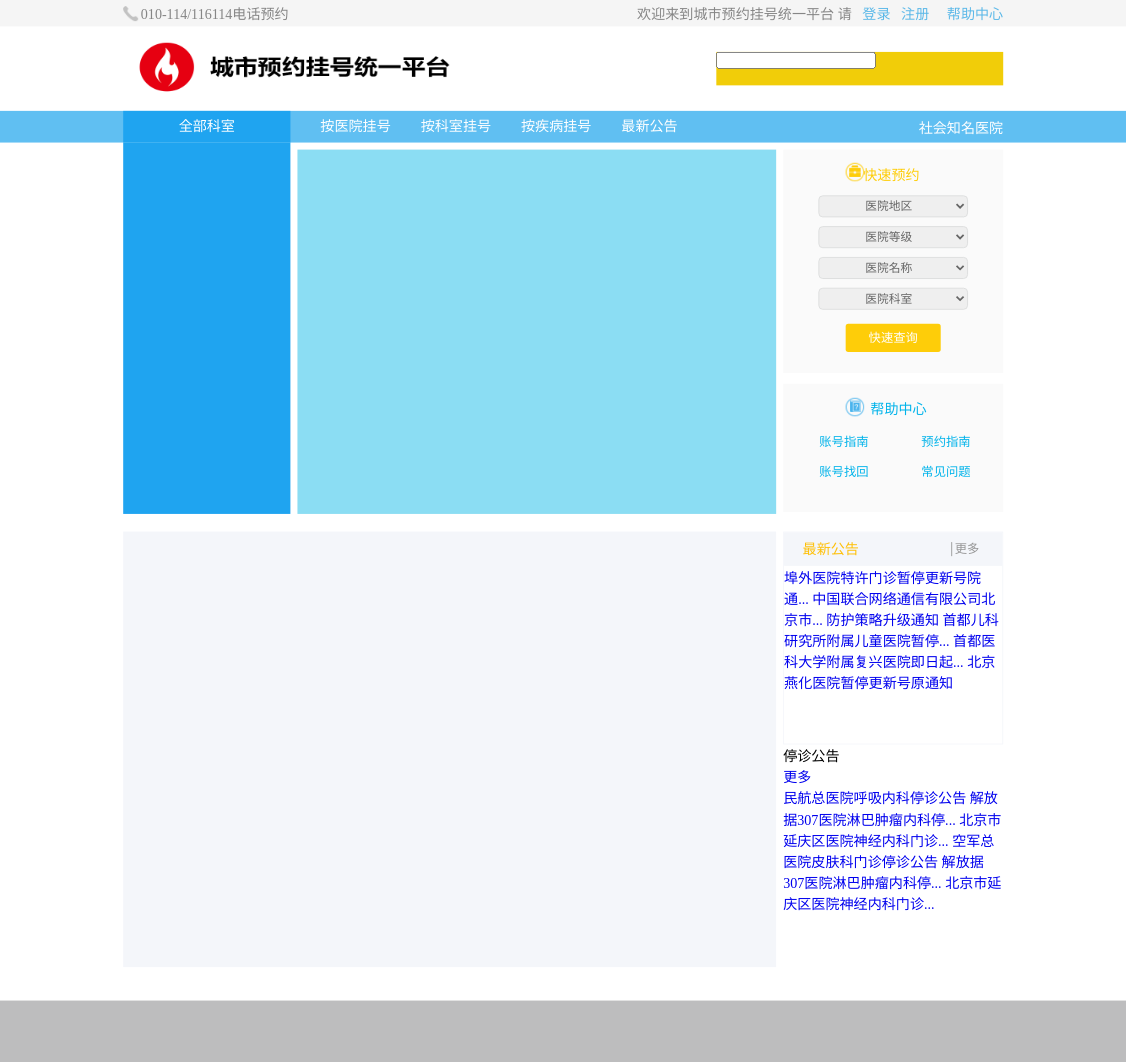
Repository: zhenzhen-gong/HospitalDemo
Page: index.html
These files come from the project's save history. The page is drawn as it stood at one moment and after the next save; the edit follows.
The browser window is 1280 px wide. The pictures show the whole page, at 88% of full size.

Above is the page before, as saved 2020-07-09 11:11:47.

### index.html
<!DOCTYPE html>
<html lang="en">

<head>
    <meta charset="UTF-8">
    <meta name="viewport" content="width=device-width, initial-scale=1.0">
    <title>城市医院预约平台</title>
    <link rel="stylesheet" href="css/style.css">
    <script src="js/script.js"></script>
</head>

<body>
    <div class="top">
        <div class="top-wrap">
            <div class="call">&nbsp;&nbsp;&nbsp;&nbsp;&nbsp;010-114/116114电话预约</div>
            <div class="welcom">
                欢迎来到城市预约挂号统一平台&nbsp;请&nbsp;&nbsp;
                <a href="#">登录</a>&nbsp;&nbsp;
                <a href="#">注册</a>&nbsp;&nbsp;&nbsp;&nbsp;
                <a href="#">帮助中心</a>
            </div>
        </div>
    </div>
    <div class="header">
        <div class="header-wrap">
            <div class="logo"><img src="./img/logo.png" alt="logo"></div>
            <div class="search">
                <span class="=tag"></span>
                <input type="text">
                <span ></span>
            </div>
        </div>
    </div>
    <div class="nav">
        <div class="nav-menu">
            <ul>
                <li>全部科室
                    <div class="menu-list"></div>
                </li>
                <li>按医院挂号</li>
                <li>按科室挂号</li>
                <li>按疾病挂号</li>
                <li>最新公告</li>
            </ul>
            <div>社会知名医院</div>
        </div>
    </div>
    <div class="banner">
        <div class="banner-slider"></div>
        <div class="banner-right">
            <div class="banner-search">
                <div>&nbsp;&nbsp;&nbsp;&nbsp;&nbsp;快速预约</div>
                <select name="area" ><option value="area">医院地区</option> </select>
                <select name="level" ><option value="level">医院等级</option> </select>
                <select name="name" ><option value="name">医院名称</option> </select>
                <select name="department" ><option value="department">医院科室</option> </select>
                <div><button>快速查询</button></div>
            </div>
            <div class="banner-help">
                <div>&nbsp;&nbsp;&nbsp;&nbsp;&nbsp;&nbsp;&nbsp;帮助中心</div>
                <div class="help-menu">
                    <a href="#">账号指南</a>
                    <a href="#">预约指南</a>
                    <a href="#">账号找回</a>
                    <a href="#">常见问题</a>
                </div>
            </div>
        </div>
    </div>
    <div class="content">
        <div class="tad">
            <div class="tab-hosital"></div>
            <div class="tab-department"></div>
        </div>
        <div class="content-right">
            <div class="news">
                <div class="news-header">
                    <div class="new-text">最新公告</div>
                    <a href="#">更多</a>
                </div>
                <div class="news-content">
                    <a href="#">埠外医院特许门诊暂停更新号院通...</a>
                    <a href="#">中国联合网络通信有限公司北京市...</a>
                    <a href="#">防护策略升级通知</a>
                    <a href="#">首都儿科研究所附属儿童医院暂停...</a>
                    <a href="#">首都医科大学附属复兴医院即日起...</a>
                    <a href="#">北京燕化医院暂停更新号原通知</a>
                </div>
            </div>
            <div class="close">
                <div class="close-header">
                    <div class="close-text">停诊公告</div>
                    <a href="#">更多</a>
                </div>
                <div class="close-content">
                    <a href="#">民航总医院呼吸内科停诊公告</a>
                    <a href="#">解放据307医院淋巴肿瘤内科停...</a>
                    <a href="#">北京市延庆区医院神经内科门诊...</a>
                    <a href="#">空军总医院皮肤科门诊停诊公告</a>
                    <a href="#">解放据307医院淋巴肿瘤内科停...</a>
                    <a href="#">北京市延庆区医院神经内科门诊...</a>
                </div>
            </div>
        </div>
    </div>
    <div class="footer"></div>
</body>

</html>

### css/style.css
*{
    margin: 0;
    padding: 0;
}
a{
    text-decoration: none;
}
/* top部分样式 */
.top{
    height: 30px;
    width: 100%;
    background: #f5f5f5;
}
.top .top-wrap{
    width: 1000px;
    height: 100%;
    margin: 0 auto;
    display: flex;
    justify-content: space-between;
    align-items: center;
    color: #868686;
}
.top .top-wrap .call{
    background: url("../img/icon-call.png") no-repeat center left;
}
.top .top-wrap .welcom a{
    color: #5bb8e8;
}
/* header部分 */
.header{
    width: 100%;
    height: 96px;
}
.header .header-wrap{
    width: 1000px;
    height: 100%;
    margin: 0 auto;
    display: flex;
    justify-content: space-between;
    align-items: center;
}
.header .header-wrap .logo img{
    height: 74px;
    width: 403px;
}
.header .header-wrap .search{
    height: 38px;
    width: 326px;
    background: #f1cd09;
}


/* nva导航部分 */
.nav{
    width: 100%;
    height: 36px;
    background: #60bff2;
}
.nav .nav-menu{
    width: 1000px;
    height: 100%;
    margin: 0 auto;
    display: flex;
    justify-content: space-between;
    align-items: center;
}
.nav .nav-menu ul li{
    height: 36px;
    line-height: 36px;
    text-align: center;
    list-style: none;
    display: inline-block;
    color: #ffffff;
    padding-left: 30px;
}
.nav .nav-menu ul li:first-child{
    width: 190px;
    text-align: center;
    background: #1fa4f0;
    padding-left: 0;
}
.nav .nav-menu div:last-child{
    color: #ffffff;
}
.nav .nav-menu ul li .menu-list{
    width: 190px;
    height: 422px;
    background: #1fa4f0;
}

/* banner部分 */
.banner{
    height: 432px;
    width: 1000px;
    margin: 0 auto;
    padding-left: 190px;
    box-sizing: border-box;
}
.banner-slider{
    height: 414px;
    width: 544px;
    background: #8bddf3;
    margin: 8px 8px 0 8px ;
    float: left;
}
.banner-right{
    float: right;
    width: 250px;
    height: 414px;
    margin-top: 8px;
}
.banner-right .banner-search{
    display: flex;
    flex-direction: column;
    align-items: center;
    height: 254px;
    background: #fafafa;
    margin-bottom: 12px;
}
.banner-right .banner-search div:first-child{
    width: 108px;
    background: url(../img/icon-help.png) no-repeat 0 0;
    margin: 15px 0 13px 0;
    color: #fecd09;
}
.banner-right .banner-search select{
    width: 170px;
    height: 25px;
    margin-bottom: 10px;
    text-align: center;
    border-radius: 5px;
    border:1px solid #dcdddd;
    color: #666666;
    padding-left: 2px;
}
.banner-right .banner-search select:nth-last-child(2){
    margin-bottom: 0;
}
.banner-right .banner-search div:last-child button{
    color: #fff;
    width: 108px;
    height: 32px;
    line-height: 32px;
    font-size: 14px;
    background: #fecd09;
    border-radius: 3px;
    border: none;
    margin-top: 16px;
    outline: none;
}

.banner-right .banner-help{
    height: 146px;
    background: #fafafa;
    display: flex;
    align-items: center;
    flex-direction: column;
}
.banner-right .banner-help div:first-child{
    color: #00b3ea;
    width: 108px;
    background: url(../img/icon-help.png) no-repeat 0 -23px;
    margin: 15px 0;
}
.banner-right .banner-help .help-menu a{
    display: inline-block;
    color: #00b3ea;
    width: 86px;
    height: 26px;
	line-height: 26px;
    font-size: 14px;
    padding: 0 0 8px 26px;
    text-align: center;
}


/* content部分 */
.content{
    height: 495px;
    width: 1000px;
    margin: 10px auto 38px;
}
.content .tad{
    float: left;
    background: #f4f6fa;
    height: 495px;
    width: 742px;
}
.content .content-right{
    float: right;
    width: 250px;
    height: 495px;
    margin-left: 8px;
}
.content .content-right .news{
    height: 240px;
    border: 1px solid #f4f6fa;
}
.content .content-right .news .news-header{
    background: #f4f6fa;
    height: 38px;
    line-height: 38px;
    display: flex;
    padding: 0 21px;
    justify-content: space-between;
}
.content .content-right .news .news-header .new-text{
    width: 100px;
    color: #fec009;
}
.content .content-right .news .news-header a{
    color: #969696;
    font-size: 14px;
    height: 16px;
    line-height: 16px;
    width: 30px;
    padding-left: 3px;
    margin:11px 3px 11px 0 ;
    border-left: 1px solid #969696;
}


/* footer部分 */
.footer{
    height: 70px;
    width: 100%;
    background: #bdbdbe;
}

Loaded but not shown: js/script.js (no stored copy; drawn as an empty file)

After the next save:
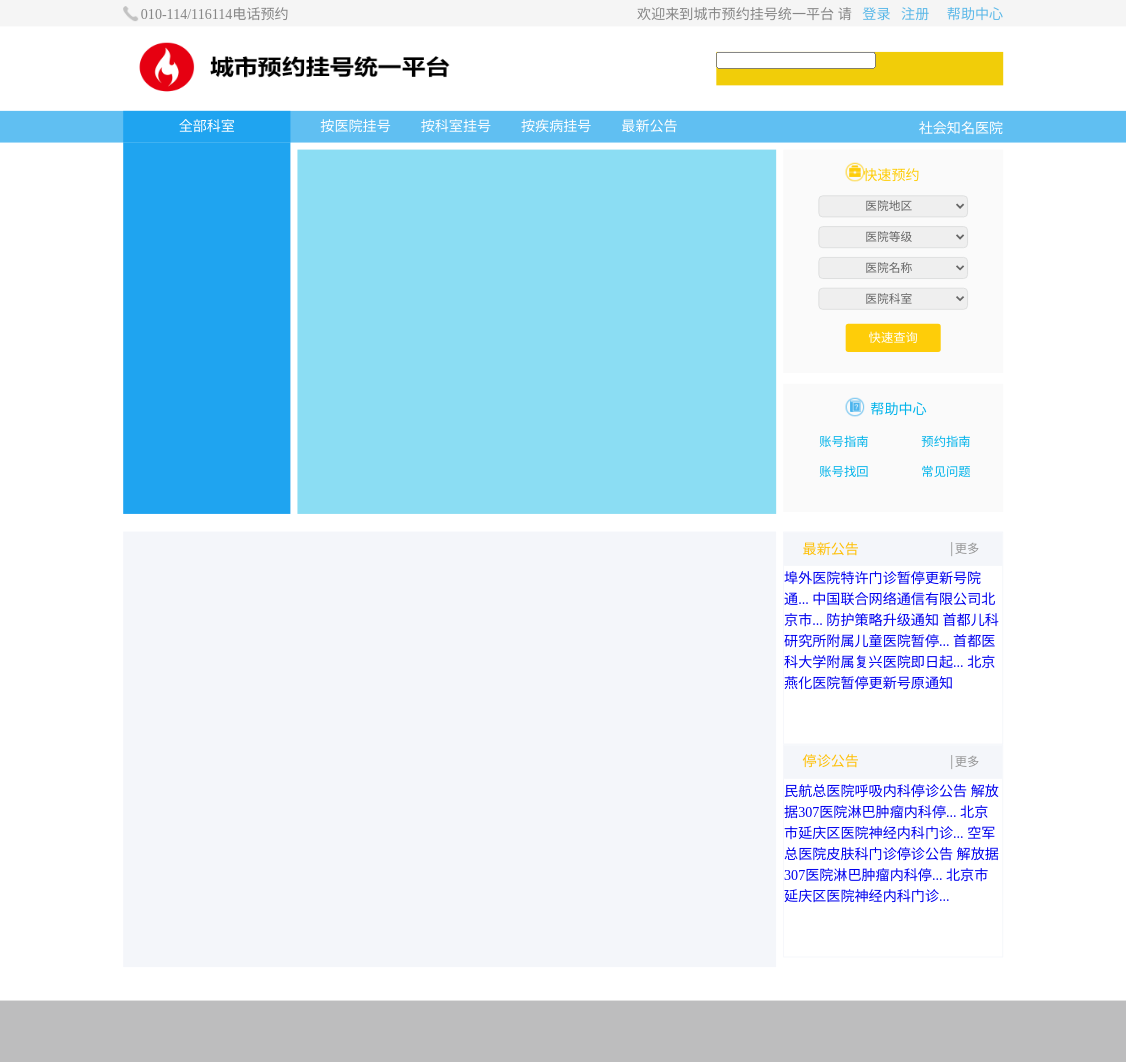
Saved 2 min 15 s later.
--- a/css/style.css
+++ b/css/style.css
@@ -192,10 +192,12 @@
     height: 495px;
     margin-left: 8px;
 }
+.content .content-right .close,
 .content .content-right .news{
     height: 240px;
     border: 1px solid #f4f6fa;
 }
+.content .content-right .close .close-header,
 .content .content-right .news .news-header{
     background: #f4f6fa;
     height: 38px;
@@ -204,10 +206,12 @@
     padding: 0 21px;
     justify-content: space-between;
 }
+.content .content-right .close .close-header .close-text,
 .content .content-right .news .news-header .new-text{
     width: 100px;
     color: #fec009;
 }
+.content .content-right .close .close-header a,
 .content .content-right .news .news-header a{
     color: #969696;
     font-size: 14px;
